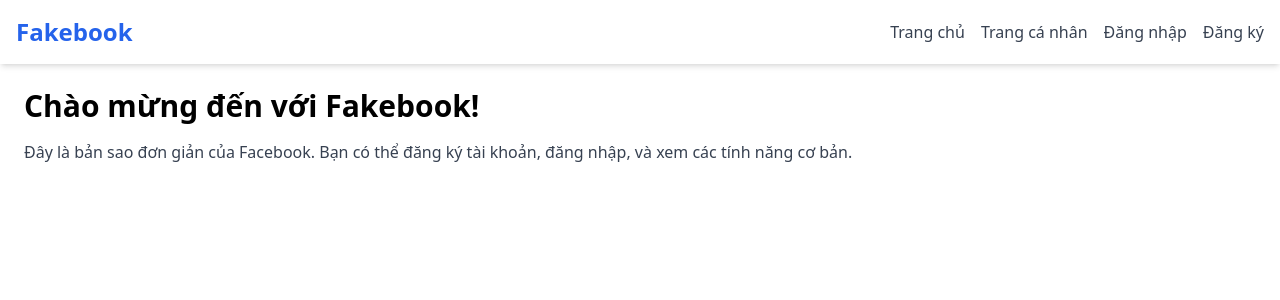
Repository: ThanhPhat2205/fontend_Reactjs_facebook
Page: / (app in fontend/)
These files come from the project's save history. The page is drawn as it stood at one moment and after the next save; the edit follows.
The browser window is 1280 px wide. The pictures show the whole page.
The project was rebuilt for these pictures with package versions that can differ from the ones it lists, and the page was loaded fresh each time. Also part of the build but not shown: fontend/vite.config.ts, fontend/src/components/Auth/LoginForm.tsx, fontend/src/components/Auth/RegisterForm.tsx.

Above is the page before, as saved 2025-05-06 10:24:26.

After the next save:
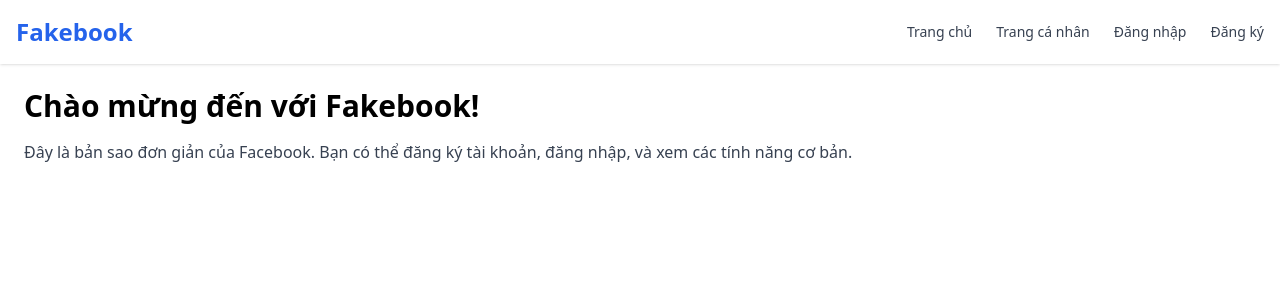
Saved 99 s later.
--- a/fontend/src/components/Navbar.tsx
+++ b/fontend/src/components/Navbar.tsx
@@ -2,13 +2,15 @@
 
 export default function Navbar() {
   return (
-    <nav className="bg-white shadow-md p-4 flex justify-between items-center">
-      <Link to="/" className="text-2xl font-bold text-blue-600">Fakebook</Link>
-      <div className="space-x-4">
-        <Link to="/" className="text-gray-700 hover:text-blue-600">Trang chủ</Link>
-        <Link to="/profile" className="text-gray-700 hover:text-blue-600">Trang cá nhân</Link>
-        <Link to="/login" className="text-gray-700 hover:text-blue-600">Đăng nhập</Link>
-        <Link to="/register" className="text-gray-700 hover:text-blue-600">Đăng ký</Link>
+    <nav className="bg-white shadow sticky top-0 z-50 p-4">
+      <div className="max-w-7xl mx-auto flex justify-between items-center">
+        <Link to="/" className="text-2xl font-bold text-blue-600">Fakebook</Link>
+        <div className="space-x-6 text-sm font-medium">
+          <Link to="/" className="text-gray-700 hover:text-blue-600 transition">Trang chủ</Link>
+          <Link to="/profile" className="text-gray-700 hover:text-blue-600 transition">Trang cá nhân</Link>
+          <Link to="/login" className="text-gray-700 hover:text-blue-600 transition">Đăng nhập</Link>
+          <Link to="/register" className="text-gray-700 hover:text-blue-600 transition">Đăng ký</Link>
+        </div>
       </div>
     </nav>
   );
